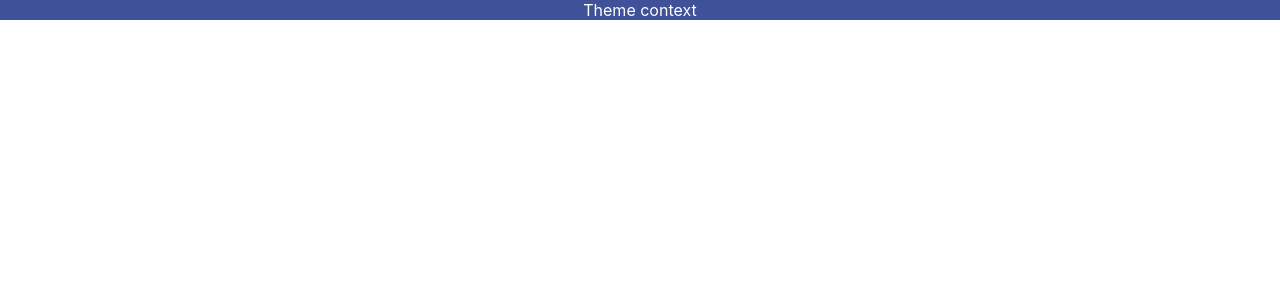
Repository: vuongtm1999/ALTA-exercise-1
Page: /
An editor plug-in stored every save of this project. The page is shown before and after the next save, followed by the edit.
The browser window is 1280 px wide. The pictures show the whole page.
The project was rebuilt for these pictures with package versions that can differ from the ones it lists, and the page was loaded fresh each time.

Above is the page before, as saved 2022-10-26 10:30:44.

### src/App.tsx
import './App.css';
import { Box } from './Context/Box';
import { ThemeContextProvider } from './Context/ThemeContext';
import { Counter } from './state/Couner';


function App() {
  // const personName = {
  //   firstName: "Vuong",
  //   lastName: "Tran",
  // }

  // const listName = [
  //   {
  //     firstName: "Vuong",
  //     lastName: "Tran",
  //   },
  //   {
  //     firstName: "Thuy",
  //     lastName: "Tran",
  //   },
  //   {
  //     firstName: "Bui",
  //     lastName: "Phuoc",
  //   }
  // ]
  return (
    <div className="App">
      <ThemeContextProvider>
        <Box />
      </ThemeContextProvider>
    </div>
  );
}

export default App;

### src/Context/Box.tsx
import { useContext } from 'react'
import { ThemeContext } from './ThemeContext'

export const Box = () => {
  const theme = useContext(ThemeContext)
  return (
    <div
      style={{
        backgroundColor: theme.primary.main,
        color: theme.primary.text
      }}>
      Theme context
    </div>
  )
}

### src/Context/ThemeContext.tsx
import React, { createContext } from 'react'
import { theme } from './theme'

//2
type ThemeContextProviderProps = {
  children: React.ReactNode
}

//1
export const ThemeContext = createContext(theme)

export const ThemeContextProvider = ({
  children
}: any) => {
    //2 thuộc tính value là giá trị mặc định
  return <ThemeContext.Provider value={{
    primary: {
        main: '#3f5199',
        text: '#fff'
    },
    secondary: {
        main: '#f50057',
        text: '#fff'
    }
}}>{children}</ThemeContext.Provider>
}

### src/Context/theme.ts
export const theme = {
    primary: {
        main: '#3f51b5',
        text: '#fff'
    },
    secondary: {
        main: '#f50057',
        text: '#fff'
    }
}

Loaded but not shown: public/index.html (common file); src/index.tsx (common file); src/index.css (common file); src/reportWebVitals.ts (common file); src/App.css (common file)

After the next save:
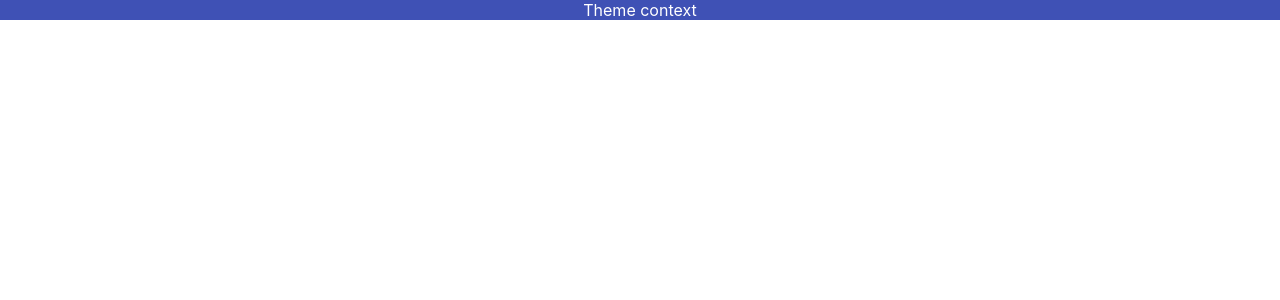
Saved 27 s later.
--- a/src/Context/ThemeContext.tsx
+++ b/src/Context/ThemeContext.tsx
@@ -13,14 +13,5 @@ export const ThemeContextProvider = ({
   children
 }: any) => {
     //2 thuộc tính value là giá trị mặc định
-  return <ThemeContext.Provider value={{
-    primary: {
-        main: '#3f5199',
-        text: '#fff'
-    },
-    secondary: {
-        main: '#f50057',
-        text: '#fff'
-    }
-}}>{children}</ThemeContext.Provider>
+  return <ThemeContext.Provider value={theme}>{children}</ThemeContext.Provider>
 }
